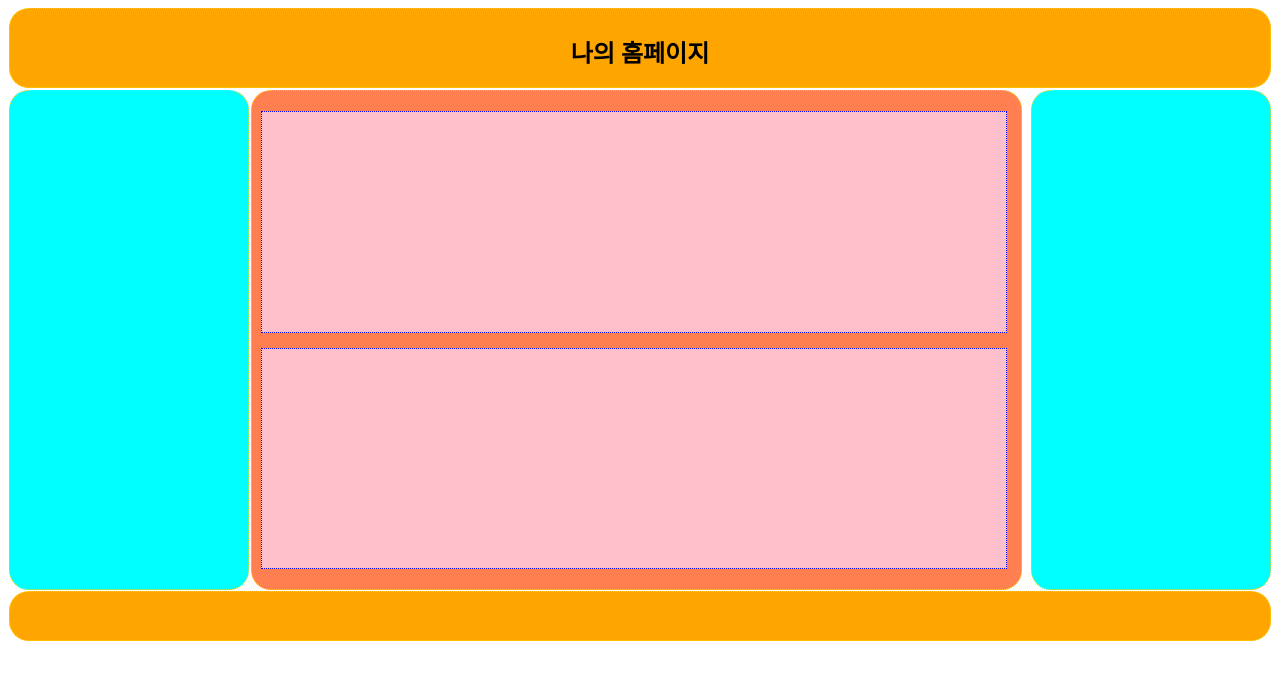
Repository: seonyeob94/BasicWeb
Page: webpro/src/main/webapp/0313/레이아웃_semantic.html
An editor plug-in stored every save of this project. The page is shown before and after the next save, followed by the edit.
The browser window is 1280 px wide. The pictures show the whole page.

Above is the page before, as saved 2025-03-13 01:24:54.

### webpro/src/main/webapp/0313/레이아웃_semantic.html
<!DOCTYPE html>
<html>
<head>
<meta charset="UTF-8">
<title>Insert title here</title>
<style type="text/css">
body{
  min-width : 1000px;
}
header,aside,section,footer{
  border: 1px dotted gold;
  margin: 1px;
  padding: 5px;
  box-sizing: border-box;
  border-radius: 20px;
}
header,footer{
  height: 50px;
  background: orange;
}
header{
  height: 80px;
}
h2{
  text-align: center;
}
aside, section{
   height: 500px;
}
aside{
  width: calc(20% - 1%);
  background: cyan;
}
#left{
  float: left;
}
#right{
  float: right;
}
section{
  width: calc(62% - 1%);
  background: coral;
  float: left;
}
footer{
  clear: both;
}

article{
  border: 1px dotted blue;
  margin: 4px;
  margin-top: 15px;
  width: 98%;
  height: 45%;
  background: pink;
}
</style>
</head>
<body>
<header><h2>나의 홈페이지</h2></header>
<aside id="left"></aside>
<section>
<article></article>
<article></article>
</section>
<aside id="right"></aside>
<footer></footer>
</body>
</html>

After the next save:
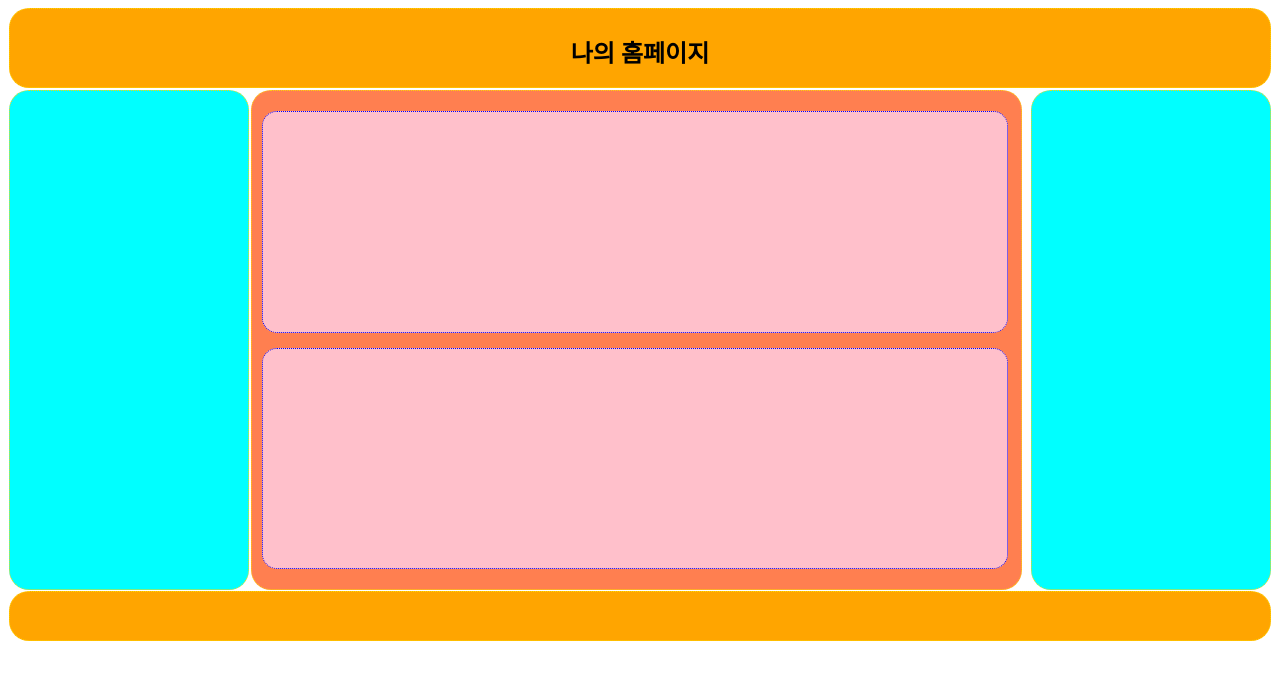
Saved 36 s later.
--- a/webpro/src/main/webapp/0313/레이아웃_semantic.html
+++ b/webpro/src/main/webapp/0313/레이아웃_semantic.html
@@ -48,11 +48,12 @@
 
 article{
   border: 1px dotted blue;
-  margin: 4px;
+  margin: 5px;
   margin-top: 15px;
   width: 98%;
   height: 45%;
   background: pink;
+  border-radius: 15px;
 }
 </style>
 </head>
